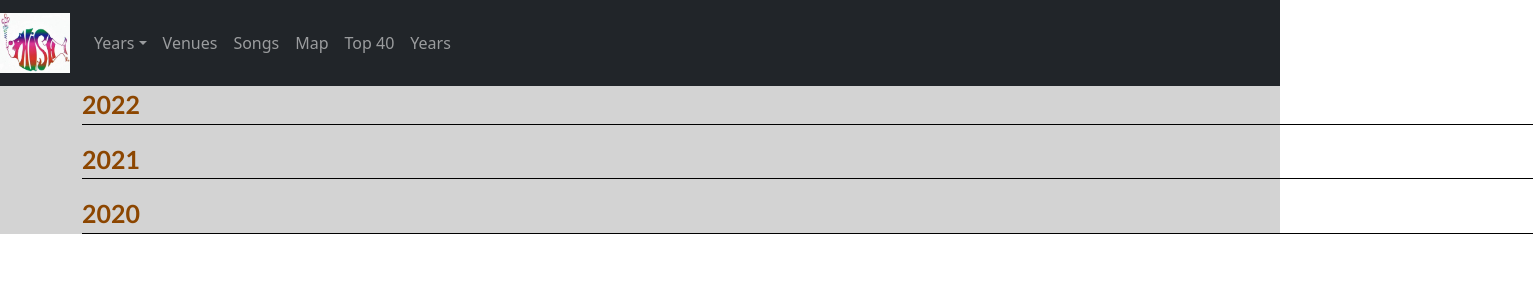
Repository: Jcparks84/gonePhishin
Page: / (app in my-app/)
The author's editor kept a copy of each file at every save. The page is drawn from the files as they stood at one save, then again after the next save.
The browser window is 1280 px wide. The page is 1533 px wide, so the pictures cover 1533 px, including what lies to the right of the window. The pictures show the whole page.
The page's requests for data from a server got no answer. The project was rebuilt for these pictures with package versions that can differ from the ones it lists, and the page was loaded fresh each time. No one was signed in, and anything a server would have sent is missing. Also part of the build but not shown: my-app/src/components/audioPlayer/audioPlayer.js.

Above is the page before, as saved 2022-08-16 18:30:57.

### my-app/src/App.js
import './App.css';
import AudioPlayer from './components/audioPlayer/audioPlayer';
import Navbar from './components/navbar/navBar'
import YearPage from './pages/yearPage/yearPage';



function App() {
  const apiKey = process.env.REACT_APP_API_KEY


  return (
    <div className="App">
      <div>
      <Navbar fixed="top" />
      </div>
      <div>
        <YearPage/>
      </div>
      {/* <div>
        <AudioPlayer/>
      </div> */}

    </div>

  );
}

export default App;

### my-app/src/App.css
.App {
  text-align: center;
  background-color: #d3d3d3;
}

.App-logo {
  height: 40vmin;
  pointer-events: none;
}

@media (prefers-reduced-motion: no-preference) {
  .App-logo {
    animation: App-logo-spin infinite 20s linear;
  }
}

.App-header {
  background-color: #282c34;
  min-height: 100vh;
  display: flex;
  flex-direction: column;
  align-items: center;
  justify-content: center;
  font-size: calc(10px + 2vmin);
  color: white;
}

.App-link {
  color: #61dafb;
}

@keyframes App-logo-spin {
  from {
    transform: rotate(0deg);
  }
  to {
    transform: rotate(360deg);
  }
}

### my-app/src/components/navbar/navBar.js
import logo from '../images/phish.png'
import './navBar.css';
import 'bootstrap/dist/css/bootstrap.css'
import { Nav, Navbar, NavDropdown } from 'react-bootstrap'
import AudioPlayer from '../audioPlayer/audioPlayer';
import YearPage from '../../pages/yearPage/yearPage';



function NavBar() {
  return (
    <div className="navBar">
      <Navbar bg="dark" variant="dark"
        sticky="top" expand="sm" collapseOnSelect>
        <Navbar.Brand>
          <img src={logo} width="70px" height="60px" />{' '}
        </Navbar.Brand>

        <Navbar.Toggle className="coloring" />
        <Navbar.Collapse>
          <Nav>
            <NavDropdown title="Years">
              <NavDropdown.Item href="#years/2021">2021</NavDropdown.Item>
              <NavDropdown.Item href="#years/2020">2020</NavDropdown.Item>
              <NavDropdown.Item href="#years/2019">2019</NavDropdown.Item>
            </NavDropdown>
            <Nav.Link href="#Venues">Venues</Nav.Link>
            <Nav.Link href="#contact-us">Songs</Nav.Link>
            <Nav.Link href="#contact-us">Map</Nav.Link>
            <Nav.Link href="#contact-us">Top 40</Nav.Link>
            <Nav.Link path="#years">{YearPage}Years</Nav.Link>

          </Nav>
        </Navbar.Collapse>

      </Navbar>
    </div>
  );
}


export default NavBar;

### my-app/src/pages/yearPage/yearPage.js
import React from 'react'
import './yearPage.css'


function YearPage(){
    return(
        <div className='container'>
                <p>2022</p>
                <p>2021</p>
                <p>2020</p>
        </div>
    )
}

export default YearPage;

### my-app/src/components/navbar/navBar.css
.bg-myRed{
    background-color: crimson;
  }

  .content{
    padding: 12px;
    height: 3000px;
  }

  .coloring{
    color: black;
  }

  nav.link {
    align-items: center;
  }

### my-app/src/pages/yearPage/yearPage.css

.container {
    color: #8C4600;
    font-family: "Trebuchet MS", Arial, Helvetica, sans-serif;
    font-weight: bold;
    font-size: 15px;}


p {
    text-align: left;
    font-size: 25px;
    border-bottom:solid black 1px;
    width: 130%;
    margin-left: 0%;
}

ul {
    list-style-type: none;
}

Loaded but not shown: my-app/public/index.html (common file); my-app/src/index.js (common file); my-app/src/index.css (common file); my-app/src/reportWebVitals.js (common file)

After the next save:
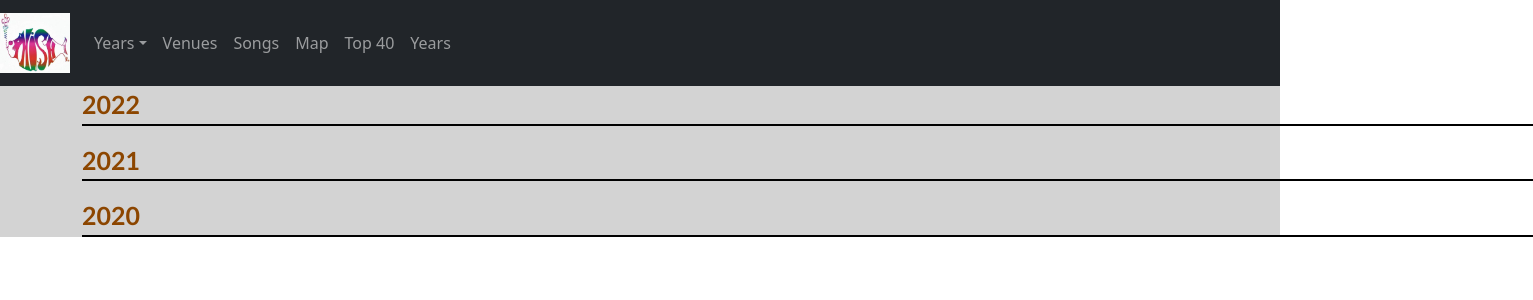
Saved 15 s later.
--- a/my-app/src/pages/yearPage/yearPage.css
+++ b/my-app/src/pages/yearPage/yearPage.css
@@ -9,7 +9,7 @@
 p {
     text-align: left;
     font-size: 25px;
-    border-bottom:solid black 1px;
+    border-bottom:solid black 2px;
     width: 130%;
     margin-left: 0%;
 }
